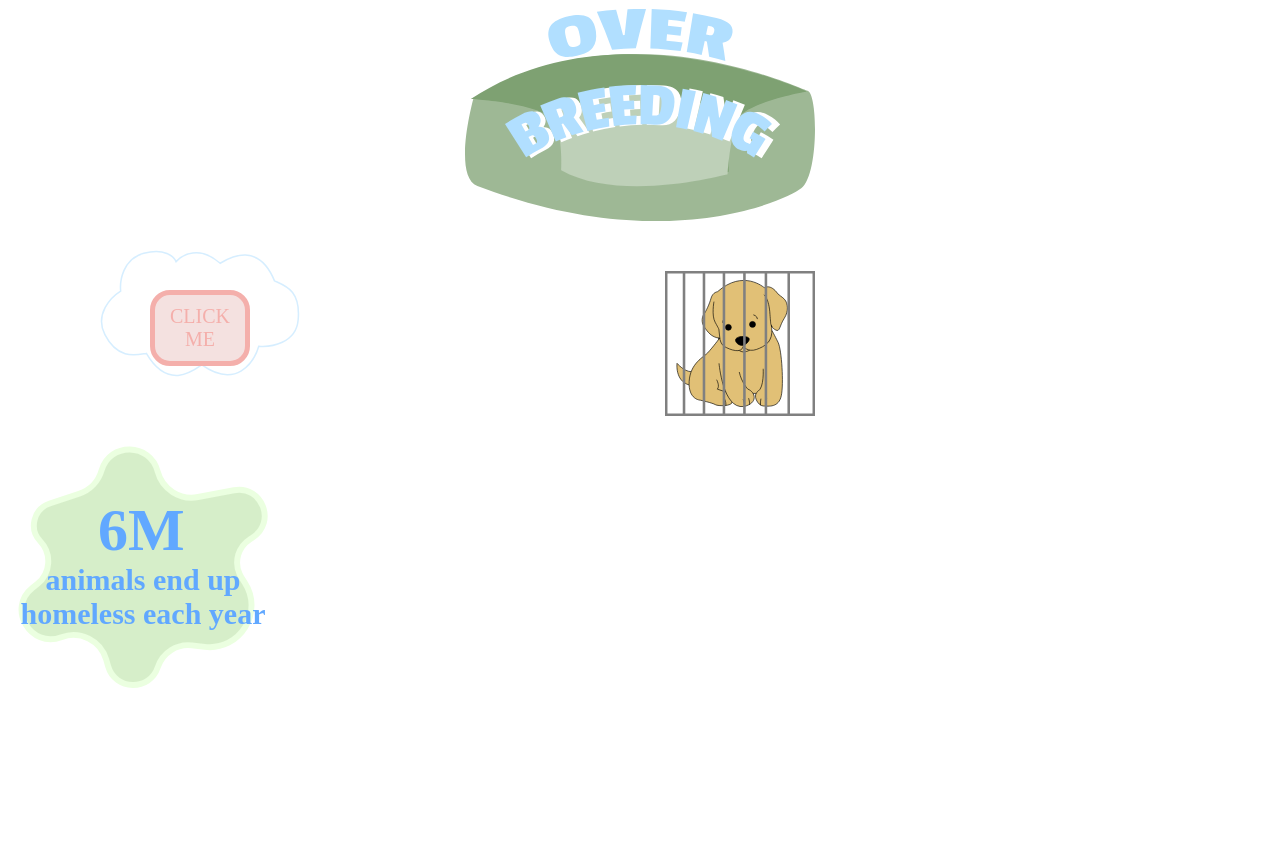
Repository: SoleilDagneau/MDIA2109Midterm
Page: index.html
An editor plug-in stored every save of this project. The page is shown before and after the next save, followed by the edit.
The browser window is 1280 px wide. The page is 1282 px wide, so the pictures cover 1282 px, including what lies to the right of the window. The pictures show the whole page.
Some web fonts or font styles are not loaded; a fallback is used.

Above is the page before, as saved 2022-03-02 21:08:36.
Console error: TypeError: Cannot set properties of null (setting 'innerText')

### index.html
<!DOCTYPE html>
<html lang="en">
<head>
    <meta charset="UTF-8">
    <meta http-equiv="X-UA-Compatible" content="IE=edge">
    <meta name="viewport" content="width=device-width, initial-scale=1.0">
    <title>Animal Cruelty</title>

    <link href="styles.css" rel="stylesheet">

    <link rel="preconnect" href="https://fonts.googleapis.com">
    <link rel="preconnect" href="https://fonts.gstatic.com" crossorigin>
    <link href="https://fonts.googleapis.com/css2?family=Passion+One:wght@400;700&display=swap" rel="stylesheet">

    <script src="utils/speechbubble.js"></script>
    <script src="utils/clickbubble.js"></script>
    <script src="utils/squarecard.js"></script>
    <script src="utils/blobcard.js"></script>

</head>
<body>

<div class="overbreeding">

    <div class="conttitle">

        <img class="obtitle" src="imgs/overbreeding.svg" alt="overbreeding title">
    </div>
    <div class="contcage">
        <img class="cage" src="imgs/dogincage.svg" alt="dog in cage img">
        <the-clickbubble class="dogtext" desc_text="CLICK ME"></the-clickbubble>
    </div>
    <div class="contblob">
        <the-blobcard class="blob" blob_text="6M"
         blob_subtext="animals end up homeless each year">
        </the-blobcard>
    </div>











</div>

</body>
</html>

### styles.css

.obtitle{
    width:350px;
    display: flex;
    position:relative;
    margin: auto;
}
.cage{
    width:150px;
    display: flex;
    position: relative;
    left: 100px;
    top: 50px;
    margin: auto;
}
.dogtext{
    display: flex;
    position:absolute;
    top:250px;
    left:100px;
    margin: auto;
}
.blob{
    display: flex;
    position:relative;
    left:10px;
    top:80px;
}

### utils/speechbubble.js
//MUST HAVE - CREATE A TEMPLATE TAG
var template_speechbub = document.createElement("template"); //<template> </template> RULE

//To-do - CREATE THE UI HERE!
template_speechbub.innerHTML = `

<style>
    #next_button {
        background-color:#61A8FF;
        border:3px solid #AFDDFF;
        border-radius: 10px;
        font-family: 'passion one', cursive;
        color: white;
        font-size:20px;
        margin:65px;
        display:flex;
        position:absolute;
        top:45px;
        left: 30px;

    }
    #speech_bubble{
        width:250px;
        display:flex;
        position:relative;

    }

</style>
<div id="cloud">
    <img id="speech_bubble" src="imgs/cloud.svg" alt=""/>
        <button id="next_button">
            next...
         </button>
</div>

`;

//MUST HAVE - CREATE A CLASS WITH HTMLELEMENT POWERS (interfaces/functionalities)
class TheSpeechBubble extends HTMLElement {

    //MUST HAVE - CREATE A CONSTRUCTOR TO DO INITAL ASSOCIATIONS
    constructor(){
        super(); //pass on the HTMLElement super powers!
        this.attachShadow({mode:"open"}) //Attach it to the shadowRoot

        //To-do - CREATE THE STATES FOR THE UI HERE!
    }

    //MUST HAVE - FUNCTION THAT RUNS AFTER IT'S CONNECTED
    connectedCallback(){
        this.shadowRoot.appendChild(template_speechbub.content.cloneNode(true));
        this.shadowRoot.querySelector("#next_button").innerText = this.getAttribute("button_text"); //use the template to make a clone
    }

    //To-do - CREATE THE FUNCTIONALITIES HERE!
}

//MUST HAVE - define the tag for the custom elements
customElements.define("the-speechbubble", TheSpeechBubble)

### utils/clickbubble.js
//MUST HAVE - CREATE A TEMPLATE TAG
var template_clickbubble = document.createElement("template"); //<template> </template> RULE

//To-do - CREATE THE UI HERE!
template_clickbubble.innerHTML = `

<style>
    #desc_text {
        font-family:'passion one', cursive;
        color: #F4AFAB;
        font-size:20px;
        padding: 10px;
        background-color:#F4E1E0;
        border: 5px solid #F4AFAB;
        border-radius: 20px;
        position: absolute;
        display:flex;
        justify-content:center;
        top:-10px;

        margin:50px;
    }
    img{
        width: 200px;
    }
    #click_bubble{
        display:flex;
    }
</style>
<div id="click_bubble">
    <img src="imgs/cloud.svg" alt="cloud svg"/>
        <button id="desc_text">
            CLICK ME
        </button>
</div>

`;

//MUST HAVE - CREATE A CLASS WITH HTMLELEMENT POWERS (interfaces/functionalities)
class TheClickBubble extends HTMLElement {

    //MUST HAVE - CREATE A CONSTRUCTOR TO DO INITAL ASSOCIATIONS
    constructor(){
        super(); //pass on the HTMLElement super powers!
        this.attachShadow({mode:"open"}) //Attach it to the shadowRoot

        //To-do - CREATE THE STATES FOR THE UI HERE!
    }

    //MUST HAVE - FUNCTION THAT RUNS AFTER IT'S CONNECTED
    connectedCallback(){
        this.shadowRoot.appendChild(template_clickbubble.content.cloneNode(true));
        this.shadowRoot.querySelector("#desc_text").innerText = this.getAttribute("desc_text"); //use the template to make a clone
    }

    //To-do - CREATE THE FUNCTIONALITIES HERE!
}

//MUST HAVE - define the tag for the custom elements
customElements.define("the-clickbubble", TheClickBubble)

### utils/squarecard.js
//MUST HAVE - CREATE A TEMPLATE TAG
var template_scard = document.createElement("template"); //<template> </template> RULE

//To-do - CREATE THE UI HERE!
template_scard.innerHTML = `

<style>
    #info_card {
        background-color:#EBB2AD;
        width: 175px;
        height:175px;
        border: 15px solid #F4E1E0;
        border-radius: 50px;
        margin: 2rem;
    }
    #info_text {
        display:flex;
        justify-content:center;
        font-size:18px;
        font-family: 'nunito', sans-serif;
        color: white;
        padding: 10px;

    }
</style>
<div id="info_card">
    <p id="info_text">info text</p>
</div>
`;

//MUST HAVE - CREATE A CLASS WITH HTMLELEMENT POWERS (interfaces/functionalities)
class TheSquareCard extends HTMLElement {

    //MUST HAVE - CREATE A CONSTRUCTOR TO DO INITAL ASSOCIATIONS
    constructor(){
        super(); //pass on the HTMLElement super powers!
        this.attachShadow({mode:"open"}) //Attach it to the shadowRoot

        //To-do - CREATE THE STATES FOR THE UI HERE!
    }

    //MUST HAVE - FUNCTION THAT RUNS AFTER IT'S CONNECTED
    connectedCallback(){
        this.shadowRoot.appendChild(template_scard.content.cloneNode(true));
        this.shadowRoot.querySelector("#info_text").innerText = this.getAttribute("info_text"); //use the template to make a clone
    }

    //To-do - CREATE THE FUNCTIONALITIES HERE!
}

//MUST HAVE - define the tag for the custom elements
customElements.define("the-squarecard", TheSquareCard)

### utils/blobcard.js
//MUST HAVE - CREATE A TEMPLATE TAG
var template_bcard = document.createElement("template"); //<template> </template> RULE

//To-do - CREATE THE UI HERE!
template_bcard.innerHTML = `

<style>
    #blob_text {
        font-family:'passion one', cursive;
        font-size:60px;
        color:#61A8FF;
        position:absolute;
        text-align:center;
        top:10px;
        left:80px;
    }
    .blob_subtext{
        font-size:30px;
        color:#61A8FF;
        font-family:'passion one', cursive;
        display:block;
        position:relative;
        text-align:center;
        top:-160px;
    }
    #the_blobcard{
        width:250px;
    }
</style>
<div class="container">
    <div id="the_blobcard">
        <img id="" src="imgs/blob.svg" alt=""/>
            <h1 id="blob_text">
                blob text
            </h1>
            <h3 class="blob_subtext">
                animals end up homeless each year
            </h3>
    </div>
</div>
`;

//MUST HAVE - CREATE A CLASS WITH HTMLELEMENT POWERS (interfaces/functionalities)
class TheBlobCard extends HTMLElement {

    //MUST HAVE - CREATE A CONSTRUCTOR TO DO INITAL ASSOCIATIONS
    constructor(){
        super(); //pass on the HTMLElement super powers!
        this.attachShadow({mode:"open"}) //Attach it to the shadowRoot

        //To-do - CREATE THE STATES FOR THE UI HERE!
    }

    //MUST HAVE - FUNCTION THAT RUNS AFTER IT'S CONNECTED
    connectedCallback(){
        this.shadowRoot.appendChild(template_bcard.content.cloneNode(true));
        this.shadowRoot.querySelector("#blob_text").innerText = this.getAttribute("blob_text");
        this.shadowRoot.querySelector("#blob_subtext").innerText = this.getAttribute("blob_subtext");
         //use the template to make a clone
    }

    //To-do - CREATE THE FUNCTIONALITIES HERE!
}

//MUST HAVE - define the tag for the custom elements
customElements.define("the-blobcard", TheBlobCard)

After the next save:
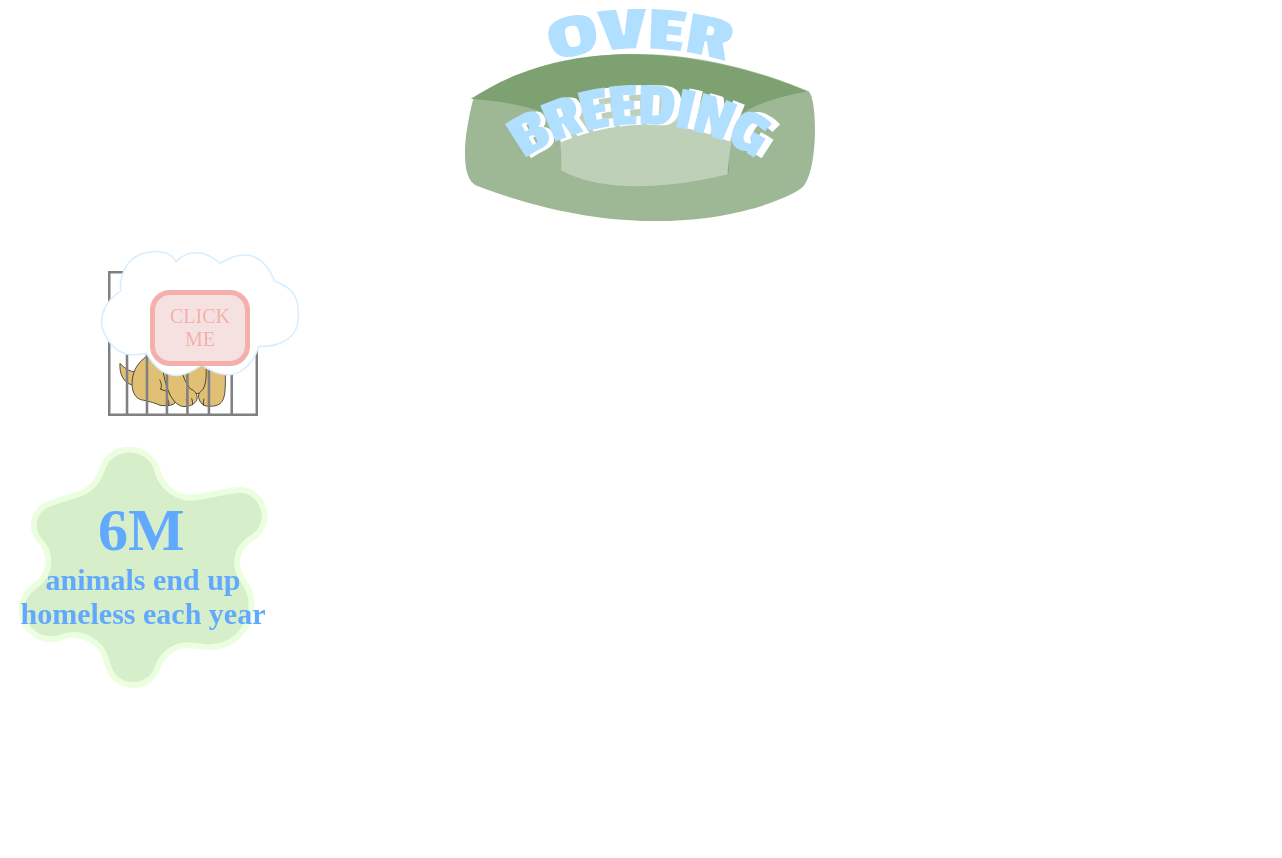
Saved 20 s later.
--- a/styles.css
+++ b/styles.css
@@ -11,14 +11,14 @@
     position: relative;
     left: 100px;
     top: 50px;
-    margin: auto;
+
 }
 .dogtext{
     display: flex;
     position:absolute;
     top:250px;
     left:100px;
-    margin: auto;
+
 }
 .blob{
     display: flex;

After the 2 saves that followed:
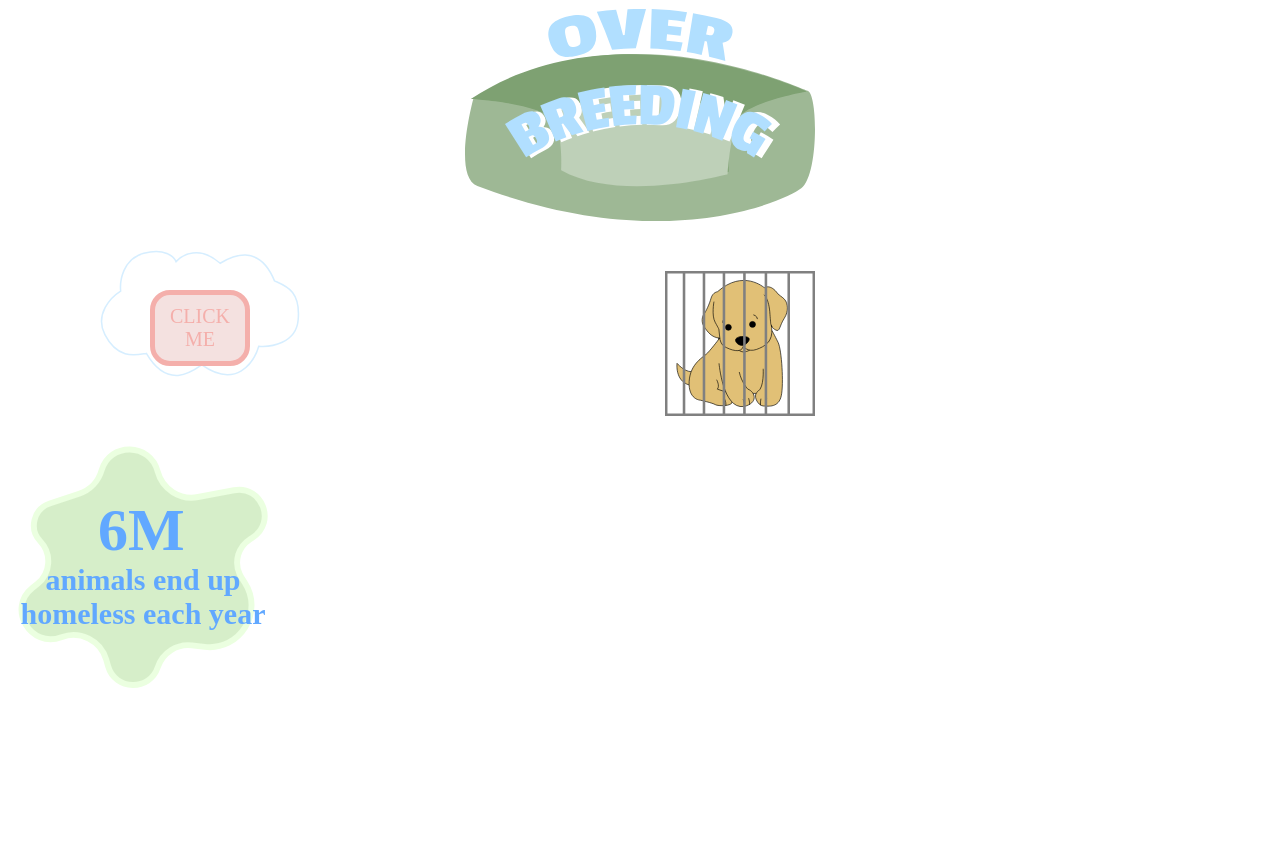
The 2 saves are shown as one change because 1 left the picture as it was.
The last was saved 17 s later.
--- a/styles.css
+++ b/styles.css
@@ -11,6 +11,7 @@
     position: relative;
     left: 100px;
     top: 50px;
+    margin: auto;
 
 }
 .dogtext{
@@ -18,7 +19,7 @@
     position:absolute;
     top:250px;
     left:100px;
-
+    margin: auto;
 }
 .blob{
     display: flex;
